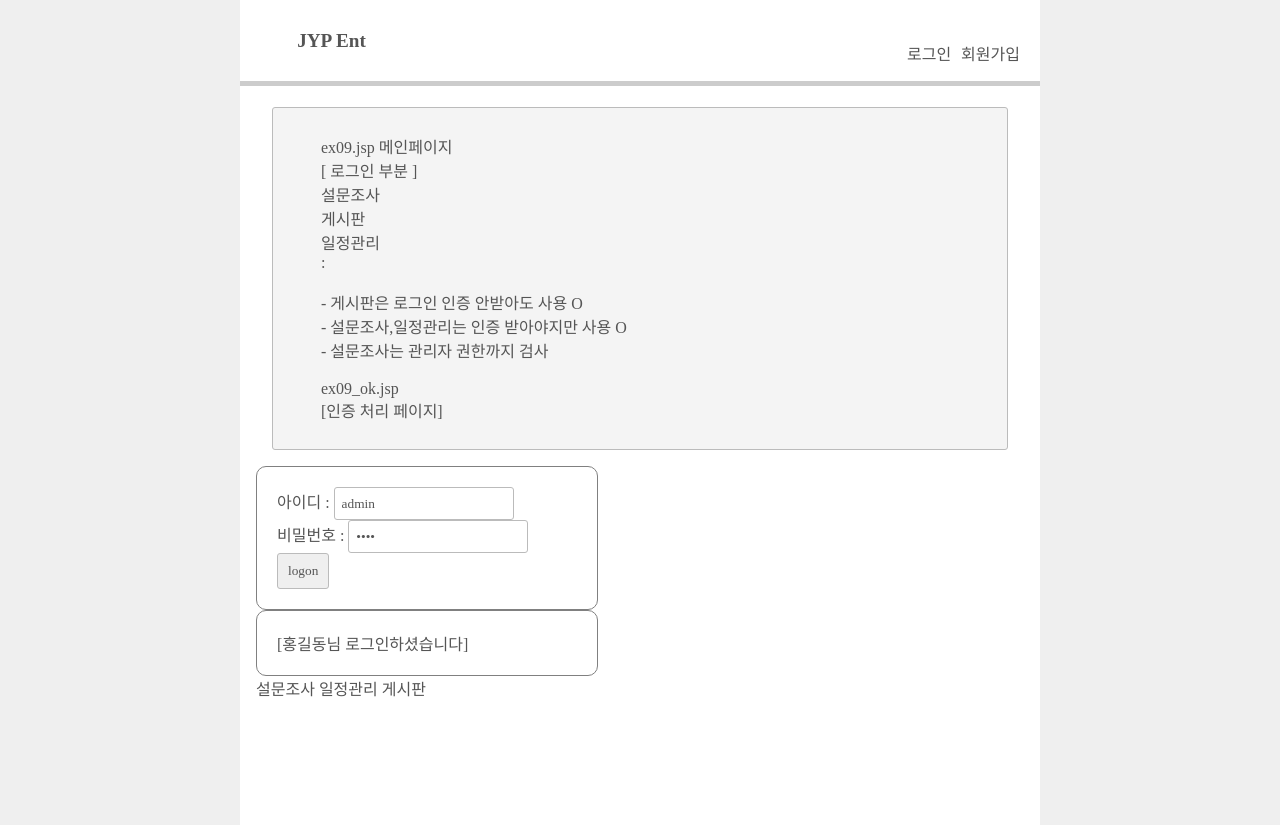
Repository: junyong231/JSP-SSIT
Page: http://localhost/jspPro/days03/ex09.jsp
An editor plug-in stored every save of this project. The page is shown before and after the next save, followed by the edit.
The browser window is 1280 px wide. The pictures show the whole page.
Some web fonts or font styles are not loaded; a fallback is used. The page is served by Tomcat 9.

Above is the page before, as saved 2024-10-17 07:27:11.

After the next save:
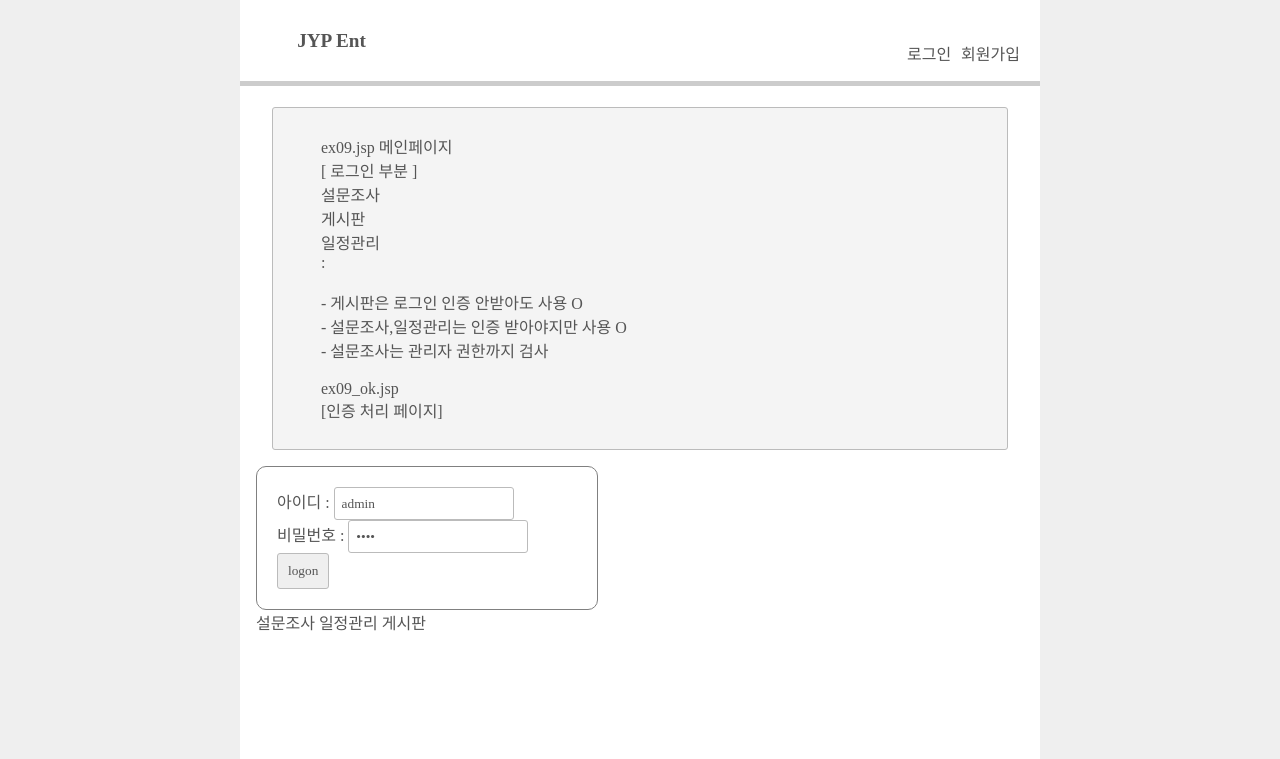
Saved 14 s later.
--- a/jspPro/src/main/webapp/days03/ex09.jsp
+++ b/jspPro/src/main/webapp/days03/ex09.jsp
@@ -56,9 +56,9 @@
      </form>
   </div>
 
-  <div id="logout">
+  <div id="logout" style="display: none;">
   	[홍길동님 로그인하셨습니다]<br>
-  	<button style="display: none;">로그아웃</button>
+  	<button>로그아웃</button>
   </div>
 
   <a href="#">설문조사</a>
